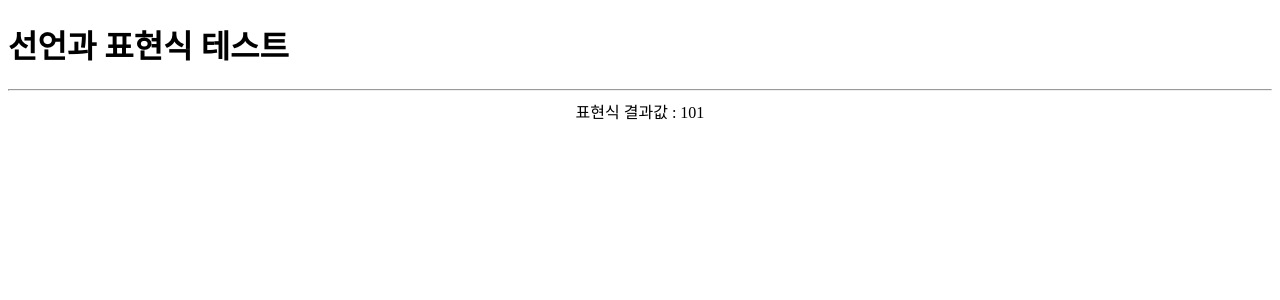
Repository: HyeonbinSa/JSPBook
Page: http://localhost/jspbook/ch05/scriptlet.jsp
An editor plug-in stored every save of this project. The page is shown before and after the next save, followed by the edit.
The browser window is 1280 px wide. The pictures show the whole page.
The page is served by Tomcat 9.

Above is the page before, as saved 2020-01-02 08:11:52.

After the next save:
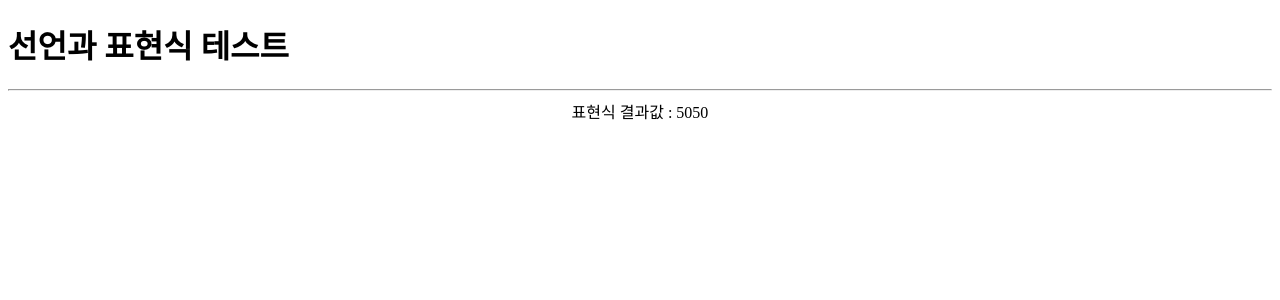
Saved 25 s later.
--- a/jspbook/WebContent/ch05/scriptlet.jsp
+++ b/jspbook/WebContent/ch05/scriptlet.jsp
@@ -1,12 +1,12 @@
 <%@ page language="java" contentType="text/html; charset=UTF-8"
     pageEncoding="UTF-8"%>
 <%!
-	int i = 0;
+	int sum = 0;
 	public int sum(){
-		for(i = 1; i<=100 ; i++){
-			i =+ i;
+		for(int i = 1; i<=100 ; i++){
+			sum += i;
 		}
-		return i;
+		return sum;
 	}
 %>
 <!DOCTYPE html>
